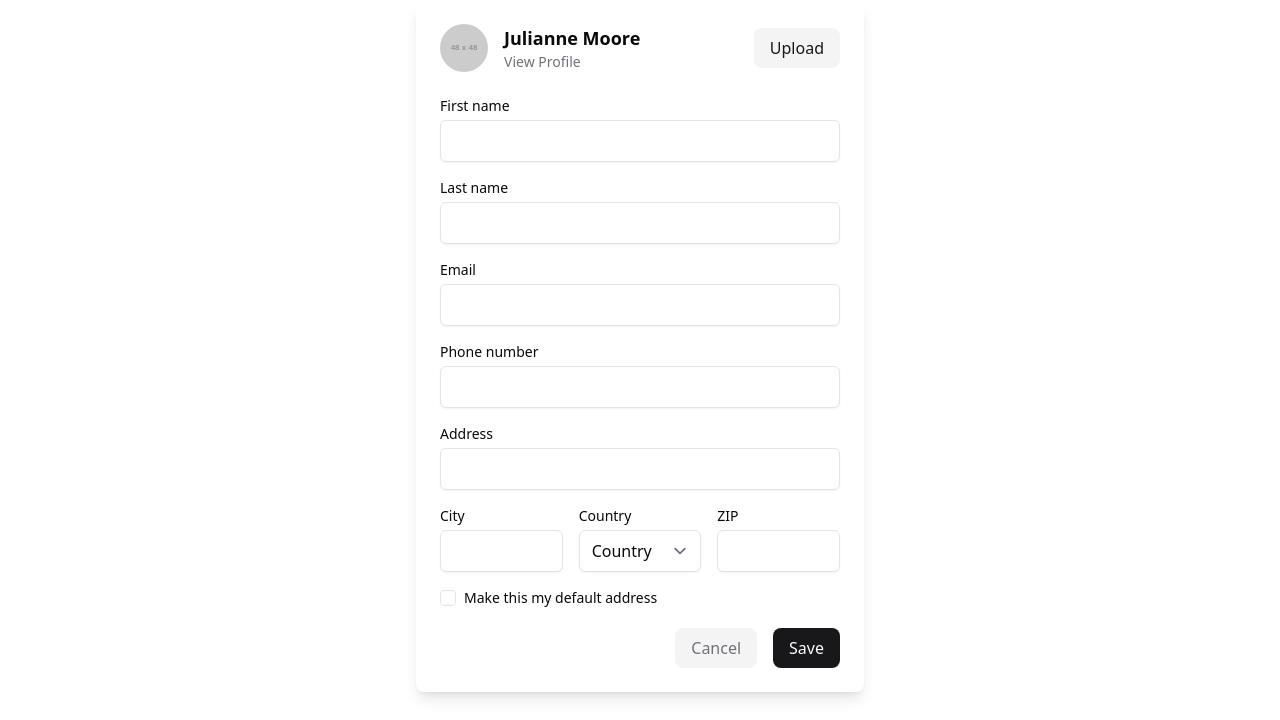
Repository: oafnghh/CassanoSphere
Page: http://localhost/CassanoSphere/setting.jsp
The author's editor kept a copy of each file at every save. The page is drawn from the files as they stood at one save, then again after the next save.
The browser window is 1280 px wide. The pictures show the whole page.
Some web libraries are served in a nearby version. The page is served by Tomcat 9.

Above is the page before, as saved 2024-07-15 14:59:55.

After the next save:
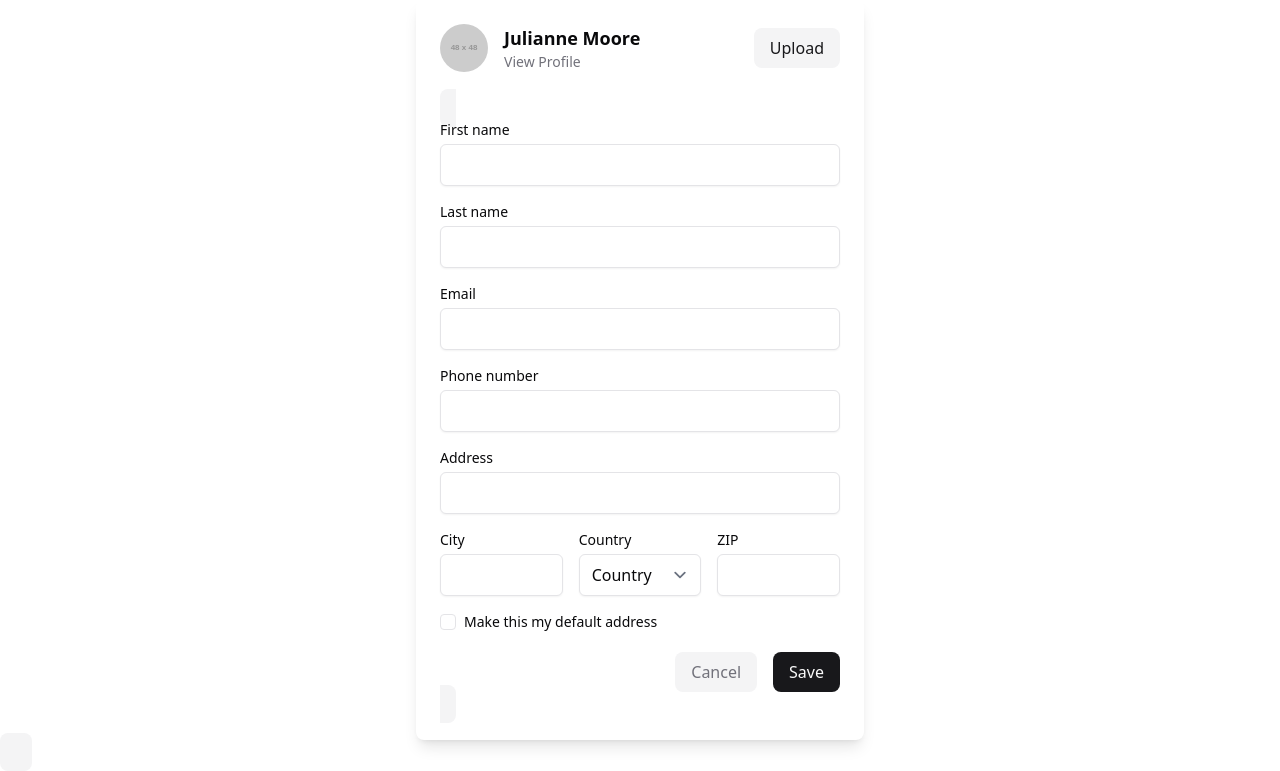
Saved 34 s later.
--- a/CassanoSphere/webapp/www/setting/includes/main.jsp
+++ b/CassanoSphere/webapp/www/setting/includes/main.jsp
@@ -10,7 +10,7 @@
 				<div class="text-sm text-muted-foreground">View Profile</div>
 			</div>
 		</div>
-		<button
+		<a
 			class="bg-secondary text-secondary-foreground hover:bg-secondary/80 px-4 py-2 rounded-lg">Upload</button>
 	</div>
 	<form>

After the save that followed:
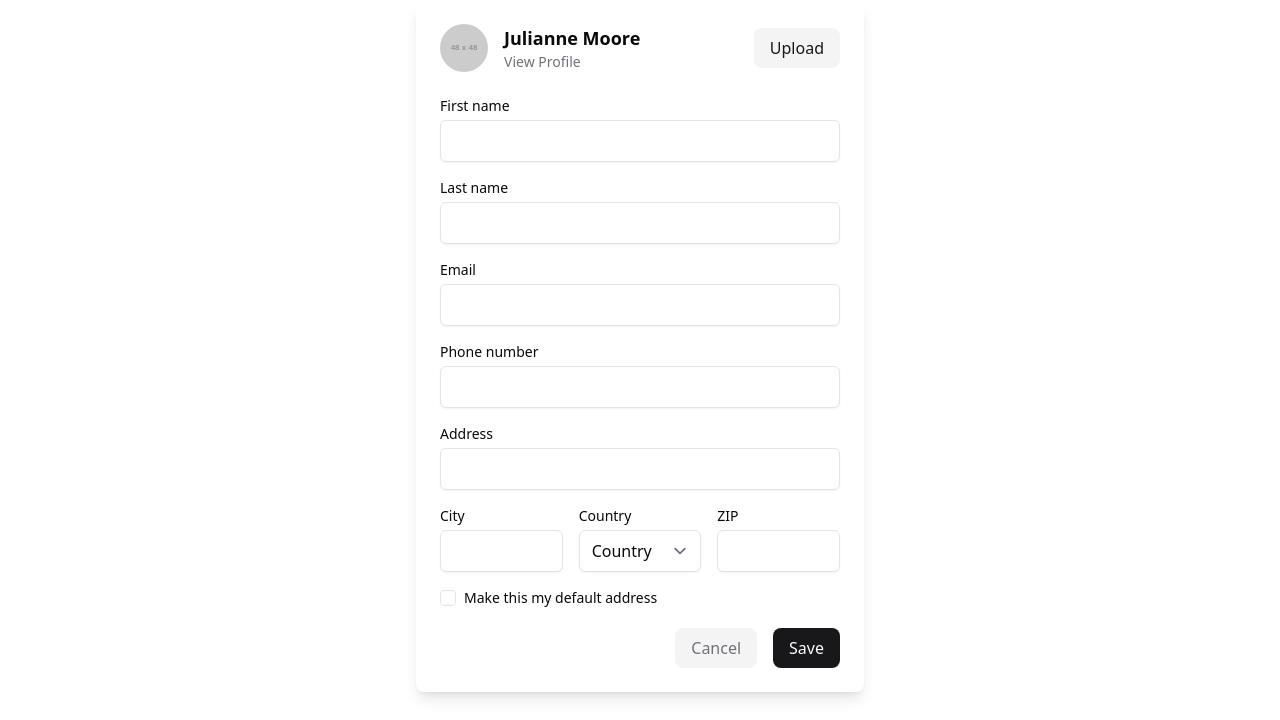
Saved 4 s later.
--- a/CassanoSphere/webapp/www/setting/includes/main.jsp
+++ b/CassanoSphere/webapp/www/setting/includes/main.jsp
@@ -11,7 +11,7 @@
 			</div>
 		</div>
 		<a
-			class="bg-secondary text-secondary-foreground hover:bg-secondary/80 px-4 py-2 rounded-lg">Upload</button>
+			class="bg-secondary text-secondary-foreground hover:bg-secondary/80 px-4 py-2 rounded-lg">Upload</a>
 	</div>
 	<form>
 		<div class="mb-4">
